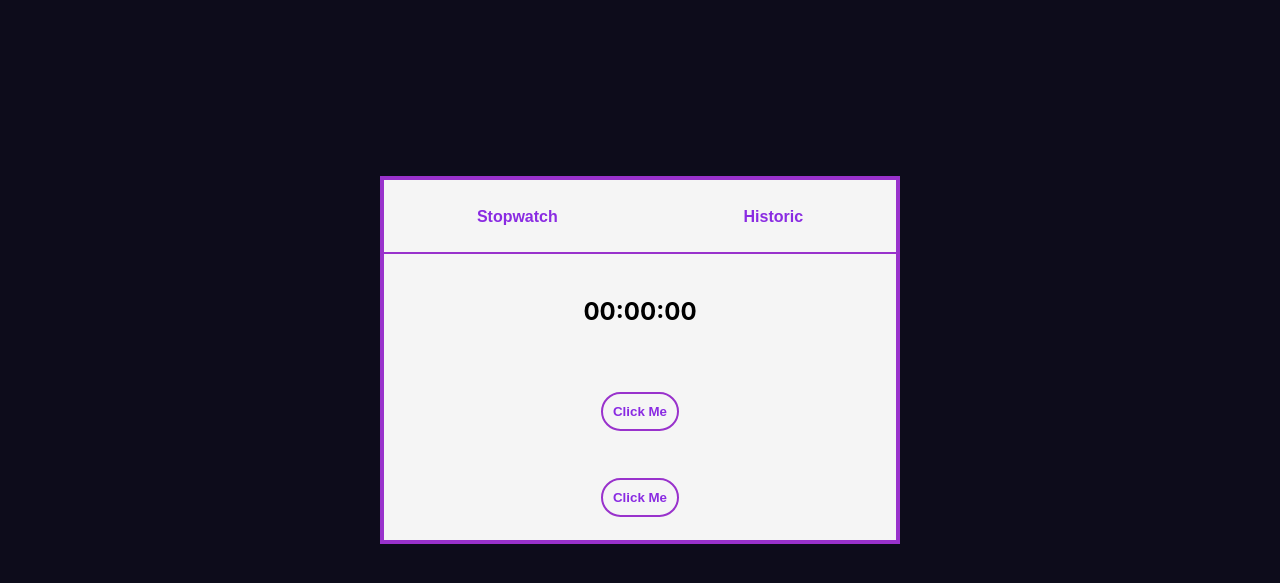
Repository: NicolasRSJ/fastdoubleclick
Page: /
These files come from the project's save history. The page is drawn as it stood at one moment and after the next save; the edit follows.
The browser window is 1280 px wide. The pictures show the whole page.
The project was rebuilt for these pictures with package versions that can differ from the ones it lists, and the page was loaded fresh each time.

Above is the page before, as saved 2022-10-27 22:37:58.

### src/App.js
import './App.css';
import { Stopwatch } from './Views/Stopwatch/Index';


function App() {
  return (
    <div className="App">
      <Stopwatch/>
    </div>
  );
}

export default App;

### src/App.css
.App {
  background-color: #0d0c1b;
  width: 100vw;
  height: 100vh;
  display: flex;
  flex-direction: column;
  align-items: center;
  justify-content: center;
  text-align: center;
}

### src/Views/Stopwatch/Index.jsx
import React, { useState, useEffect } from 'react'
import "./Index.css"

export const Stopwatch = () => {

    const [ time, setTime ] = useState(0)
    const [ start, setStart ] = useState(false)

    useEffect(() => {
        let interval = null;

        if(start) {
            interval = setInterval(() => {
                setTime((time) => time + 10);
            }, 10);
        }else if (!start){
            clearInterval(interval);
        }

        return () => clearInterval(interval)
    }, [start])

  return (
    <div className="container">
        <nav className="navigation">
            <p><a href='/'>Stopwatch</a></p>
            <p><a href='/historic'>Historic</a></p>
        </nav>
        <section className="contents">
            <h1>
                <span>{("0" + (Math.floor(time / 60000) % 60)).slice(-2)}:</span>
                <span>{("0" + (Math.floor(time / 1000) % 60)).slice(-2)}:</span>
                <span>{("0" + (Math.floor(time / 10) % 100)).slice(-2)}</span>
            </h1>
            <button onClick={() => {setStart(true)}}>Click Me</button>
            <button onClick={() => {setStart(false)}}>Click Me</button>
        </section>
    </div>
  )
}

### src/Views/Stopwatch/Index.css
.container {
    width: 40%;
    height: 50vh;
    display: flex;
    flex-direction: column;
    background-color: whitesmoke;
    border: 4px solid darkorchid;
}

.navigation {
    width: 100%;
    height: 20%;
    display: flex;
    align-items: center;
    justify-content: space-around;
    border-bottom: 2px solid darkorchid;
}

.navigation p a {
    font-size: medium;
    font-weight: 600;
    text-decoration: none;
    font-family: sans-serif;
    color: blueviolet;
}

.contents {
    width: 100%;
    height: 80%;
    display: flex;
    align-items: center;
    justify-content: space-around;
    flex-direction: column;
}

.contents button {
    border: 2px solid darkorchid;
    border-radius: 100px;
    width: auto;
    height: auto;
    padding: 10px;
    background-color: whitesmoke;
    color: blueviolet;
    cursor: pointer;
    font-weight: 700;
}

.contents button:hover {
    border: none;
    background-color: darkorchid;
    color: white;
}

Loaded but not shown: public/index.html (common file); src/index.js (common file); src/index.css (common file); src/reportWebVitals.js (common file)

After the next save:
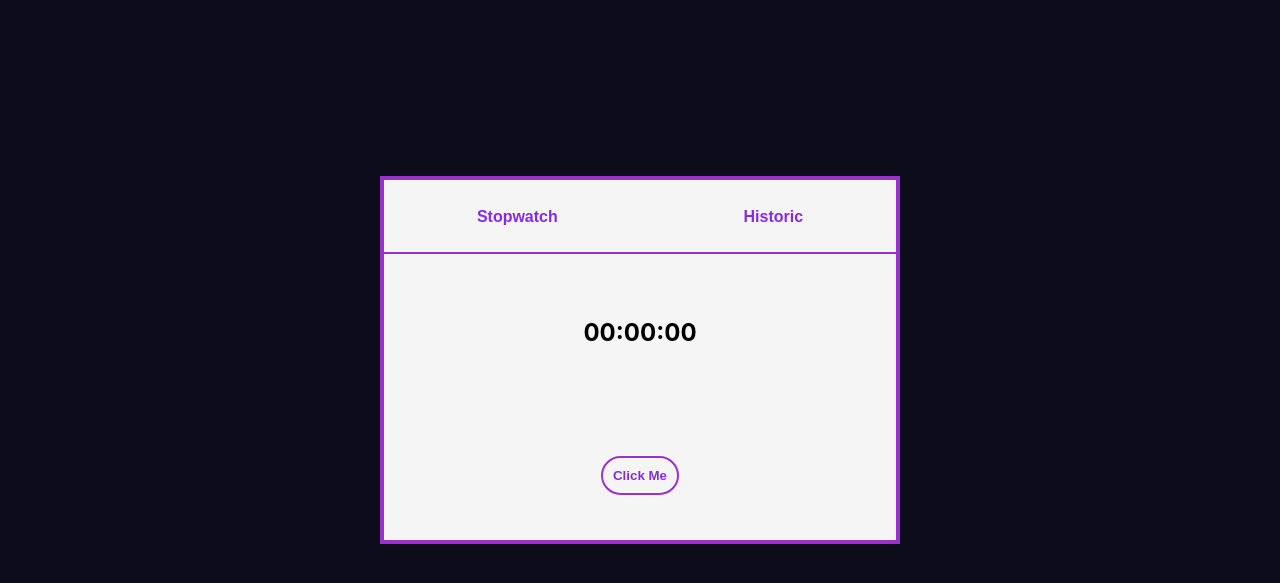
Saved 12 min 41 s later.
--- a/src/Views/Stopwatch/Index.jsx
+++ b/src/Views/Stopwatch/Index.jsx
@@ -32,8 +32,7 @@ export const Stopwatch = () => {
                 <span>{("0" + (Math.floor(time / 1000) % 60)).slice(-2)}:</span>
                 <span>{("0" + (Math.floor(time / 10) % 100)).slice(-2)}</span>
             </h1>
-            <button onClick={() => {setStart(true)}}>Click Me</button>
-            <button onClick={() => {setStart(false)}}>Click Me</button>
+            <button onClick={() => start ? setStart(false) : setStart(true)}>Click Me</button>
         </section>
     </div>
   )
